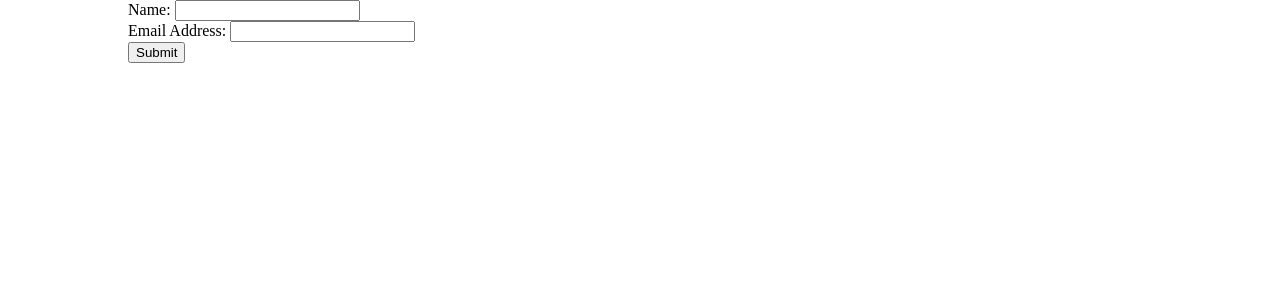
Repository: lamilekan263/contactKeep
Page: index.html
These files come from the project's save history. The page is drawn as it stood at one moment and after a run of saves; the edit follows.
The browser window is 1280 px wide. The pictures show the whole page.

Above is the page before, as saved 2020-09-11 18:17:58.

After the next 3 saves:
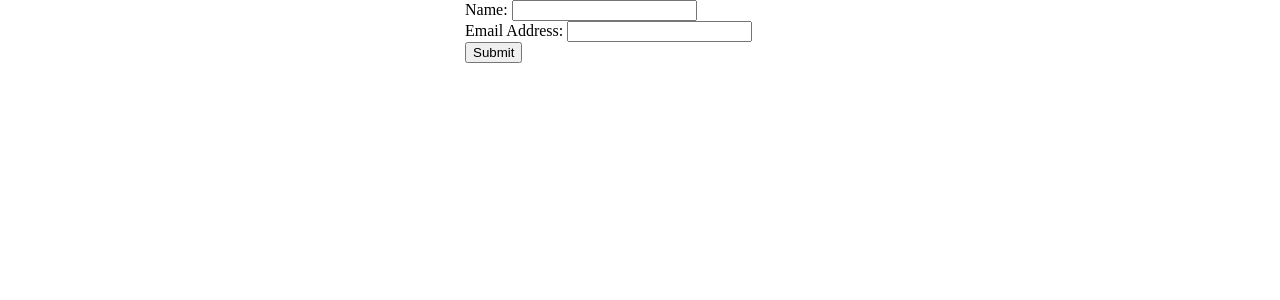
The 3 saves are shown as one change because they came seconds apart.
The last was saved 12 s later.
--- a/main.css
+++ b/main.css
@@ -10,5 +10,6 @@
 }
 
 form{
-    width:5
+    width:350px;
+    margin:0 auto;
 }

After the save that followed:
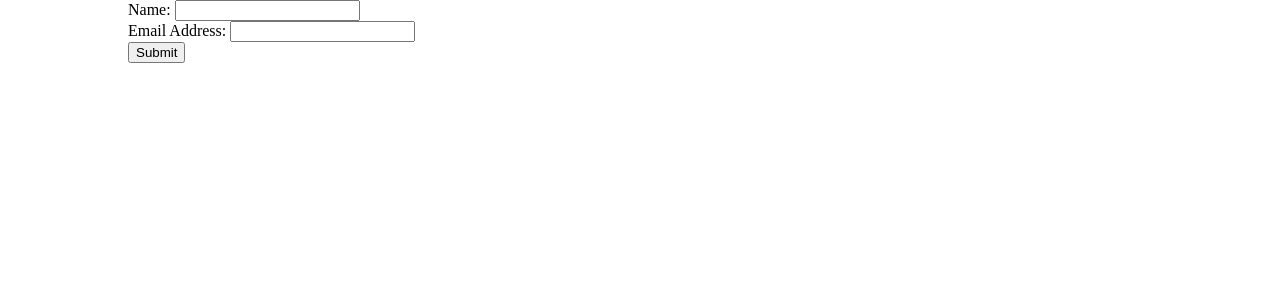
Saved 11 s later.
--- a/main.css
+++ b/main.css
@@ -11,5 +11,5 @@
 
 form{
     width:350px;
-    margin:0 auto;
+
 }
